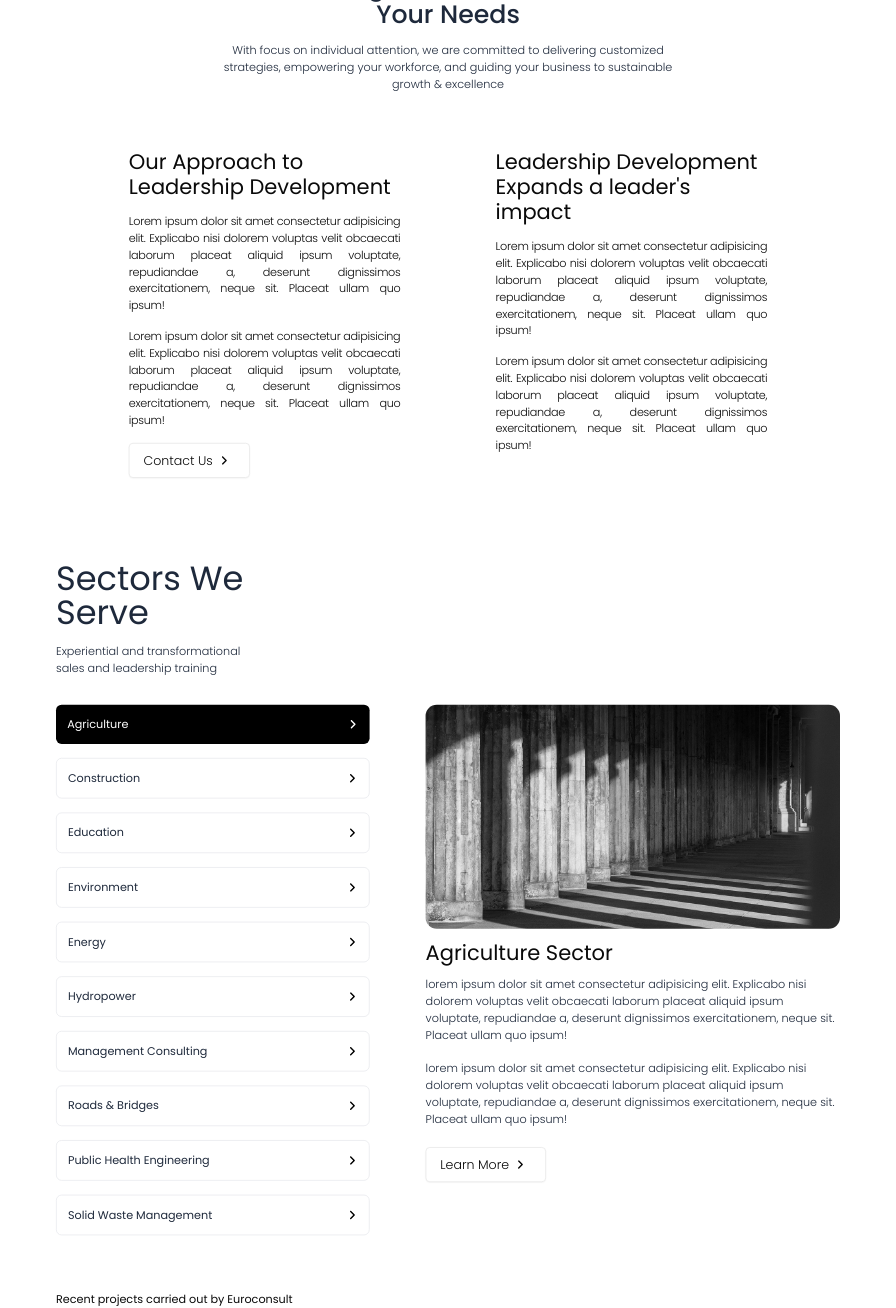
Repository: EMDC-24/ecglobalwebsite19
Page: /
The author's editor kept a copy of each file at every save. The page is drawn from the files as they stood at one save, then again after a run of saves.
The browser window is 1280 px wide. The pictures show the part of the page from y = 1044 to 2964 px (the page is 2913 px tall before and 2964 px after), at 70% of full size.
The project was rebuilt for these pictures with package versions that can differ from the ones it lists, and the page was loaded fresh each time. The framework's server and built-in components were replaced by stand-ins that run in the browser. Also part of the build but not shown: next.config.mjs.

Above is the page before, as saved 2024-09-17 19:56:12.

After the next 2 saves:
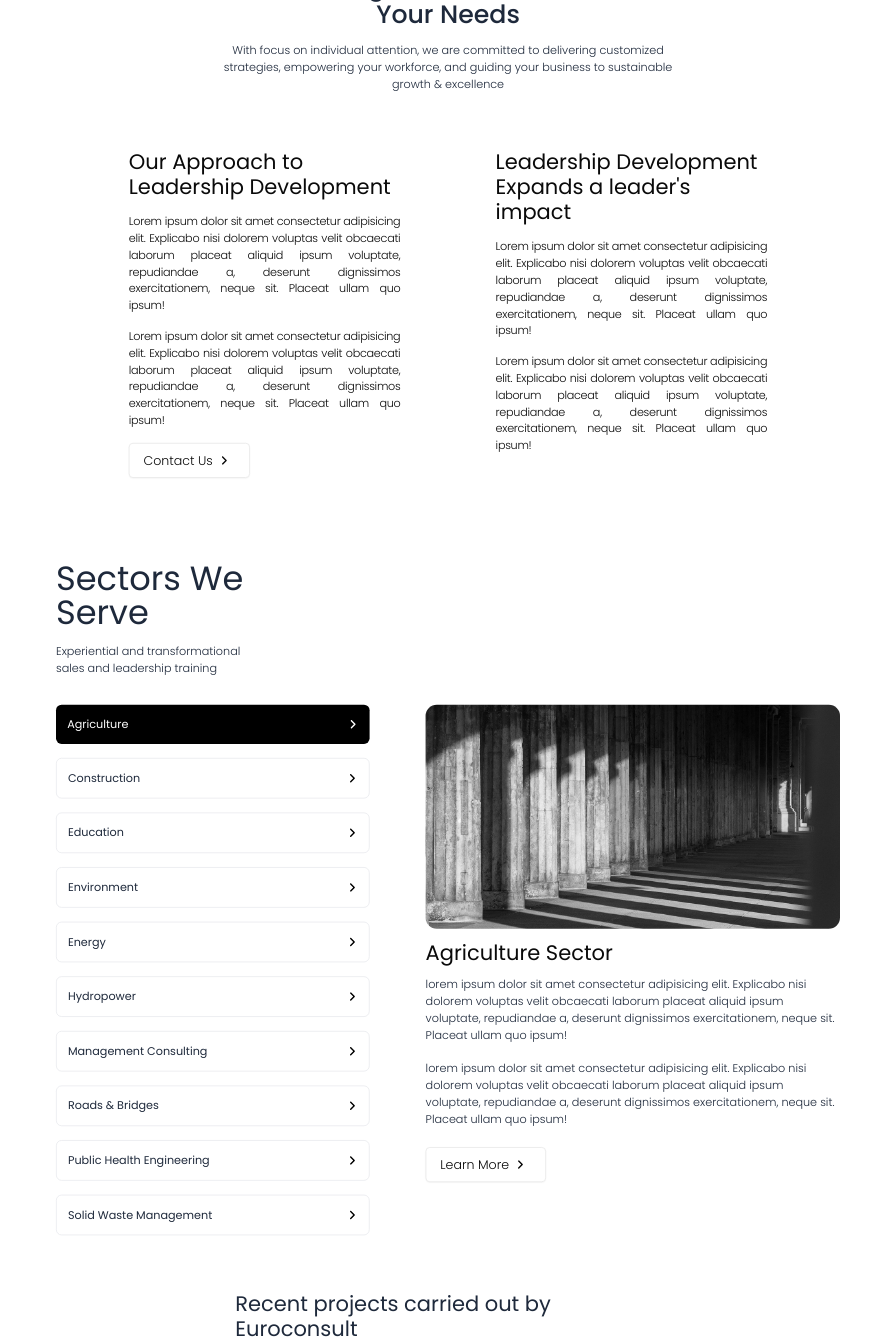
The 2 saves are shown as one change because they came seconds apart.
The last was saved 14 s later.
--- a/app/RecentProjects.tsx
+++ b/app/RecentProjects.tsx
@@ -4,7 +4,7 @@
   return (
     <div className="flex flex-col mx-20">
         <div>
-            <h3>Recent projects carried out by Euroconsult</h3>
+            <h3 className="text-3xl text-slate-800 px-64">Recent projects carried out by Euroconsult</h3>
         </div>
     </div>
   )
